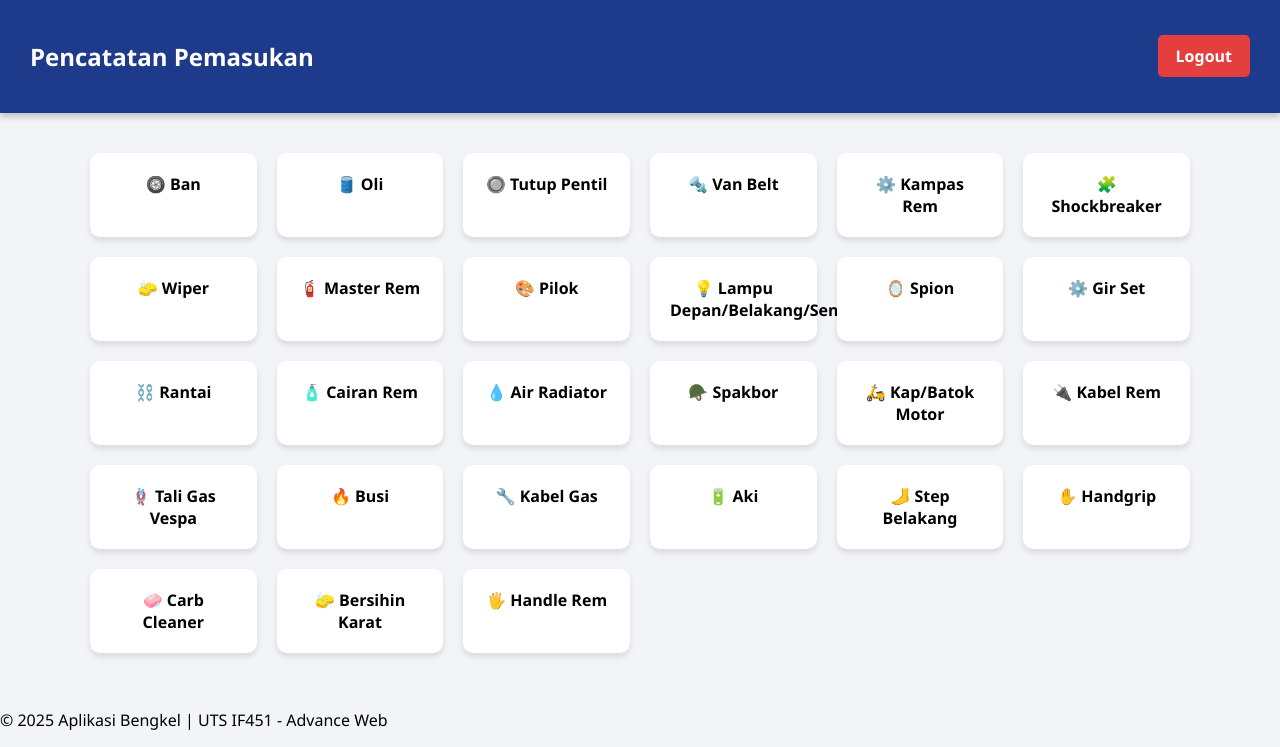
Repository: eligrahphilip/bengkel_managemen
Page: views/admin-income.ejs
The author's editor kept a copy of each file at every save. The page is drawn from the files as they stood at one save, then again after the next save.
The browser window is 1280 px wide. The pictures show the whole page.
The page is served by the project's Node server (server.js). The template is opened directly, without the code that normally fills it, so the values that code supplies are empty.

Above is the page before, as saved 2025-10-10 20:54:48.

### views/admin-income.ejs
<!DOCTYPE html>
<html lang="id">
<head>
  <meta charset="UTF-8">
  <meta name="viewport" content="width=device-width, initial-scale=1.0">
  <title>Pencatatan Pemasukan</title>
  <link rel="stylesheet" href="/css/admin/admin-income.css">
</head>
<body>

  <header>
    <h2>Pencatatan Pemasukan</h2>
    <a href="/logout" class="logout-btn">Logout</a>
  </header>

  <main>
    <div class="grid-container" id="barangGrid">
      <!-- Semua daftar barang -->
      <div class="card" data-barang="Ban">🛞 Ban</div>
      <div class="card" data-barang="Oli">🛢️ Oli</div>
      <div class="card" data-barang="Tutup Pentil">🔘 Tutup Pentil</div>
      <div class="card" data-barang="Van Belt">🔩 Van Belt</div>
      <div class="card" data-barang="Kampas Rem">⚙️ Kampas Rem</div>
      <div class="card" data-barang="Shockbreaker">🧩 Shockbreaker</div>
      <div class="card" data-barang="Wiper">🧽 Wiper</div>
      <div class="card" data-barang="Master Rem">🧯 Master Rem</div>
      <div class="card" data-barang="Pilok">🎨 Pilok</div>
      <div class="card" data-barang="Lampu">💡 Lampu Depan/Belakang/Sen</div>
      <div class="card" data-barang="Spion">🪞 Spion</div>
      <div class="card" data-barang="Gir Set">⚙️ Gir Set</div>
      <div class="card" data-barang="Rantai">⛓️ Rantai</div>
      <div class="card" data-barang="Cairan Rem">🧴 Cairan Rem</div>
      <div class="card" data-barang="Air Radiator">💧 Air Radiator</div>
      <div class="card" data-barang="Spakbor">🪖 Spakbor</div>
      <div class="card" data-barang="Kap Motor">🛵 Kap/Batok Motor</div>
      <div class="card" data-barang="Kabel Rem">🔌 Kabel Rem</div>
      <div class="card" data-barang="Tali Gas Vespa">🪢 Tali Gas Vespa</div>
      <div class="card" data-barang="Busi">🔥 Busi</div>
      <div class="card" data-barang="Kabel Gas">🔧 Kabel Gas</div>
      <div class="card" data-barang="Aki">🔋 Aki</div>
      <div class="card" data-barang="Step Belakang">🦶 Step Belakang</div>
      <div class="card" data-barang="Handgrip">✋ Handgrip</div>
      <div class="card" data-barang="Carb Cleaner">🧼 Carb Cleaner</div>
      <div class="card" data-barang="Bersihin Karat">🧽 Bersihin Karat</div>
      <div class="card" data-barang="Handle Rem">🖐️ Handle Rem</div>
    </div>
  </main>

  <!-- Modal -->
  <div id="formModal" class="modal">
    <div class="modal-content">
      <span class="close" id="closeModal">&times;</span>
      <h3 id="modalTitle">Tambah Transaksi</h3>
      <form method="POST" action="/admin/add" id="transaksiForm">
        <input type="hidden" name="jenis" value="income">
        <input type="hidden" name="barang" id="barangInput">

        <label>Tanggal:</label>
        <input type="date" name="tanggal" required>

        <div id="detailFields"></div>

        <label>Jumlah Barang:</label>
        <input type="number" name="jumlah_barang" required>

        <label>Total Harga (Rp):</label>
        <input type="number" name="jumlah" required>

        <button type="submit">Simpan</button>
      </form>
    </div>
  </div>

  <footer>
    <p>© 2025 Aplikasi Bengkel | UTS IF451 - Advance Web</p>
  </footer>

  <script src="/js/admin/admin-income.js"></script>
</body>
</html>

### server.js
const express = require("express");
const path = require("path");
const fs = require("fs");
const bodyParser = require("body-parser");
const session = require("express-session");

const app = express();
const PORT = 3000;

// Middleware
app.use(bodyParser.urlencoded({ extended: true }));
app.use(express.static("public"));
app.use(
  session({
    secret: "bengkel-secret",
    resave: false,
    saveUninitialized: true,
  })
);

// Set EJS
app.set("view engine", "ejs");
app.set("views", path.join(__dirname, "views"));

// File data
const usersPath = path.join(__dirname, "data", "users.json");
const transPath = path.join(__dirname, "data", "transactions.json");

// === ROUTES ===

// Login
app.get("/", (req, res) => {
  res.render("login", { error: null });
});

// Proses login
app.post("/login", (req, res) => {
  const { username, password } = req.body;
  const users = JSON.parse(fs.readFileSync(usersPath));
  const user = users.find(
    (u) => u.username === username && u.password === password
  );

  if (!user) return res.render("login", { error: "Username atau password salah!" });

  req.session.user = user;
  if (user.role === "admin") return res.redirect("/admin/menu");
  else return res.redirect("/user");
});

// Logout
app.get("/logout", (req, res) => {
  req.session.destroy();
  res.redirect("/");
});

// === ADMIN ===

// Menu utama admin
app.get("/admin/menu", (req, res) => {
  if (!req.session.user || req.session.user.role !== "admin")
    return res.redirect("/");
  res.render("admin-menu", { user: req.session.user });
});

// Pencatatan Pemasukan
app.get("/admin/income", (req, res) => {
  if (!req.session.user || req.session.user.role !== "admin")
    return res.redirect("/");
  res.render("admin-income", { user: req.session.user });
});

// Pencatatan Pengeluaran
app.get("/admin/expense", (req, res) => {
  if (!req.session.user || req.session.user.role !== "admin")
    return res.redirect("/");
  res.render("admin-expense", { user: req.session.user });
});

// Tambah transaksi
app.post("/admin/add", (req, res) => {
  const { tanggal, keterangan, jumlah, jenis } = req.body;
  const transactions = JSON.parse(fs.readFileSync(transPath));

  const newTrans = {
    id: Date.now(),
    tanggal,
    keterangan,
    jumlah: parseFloat(jumlah),
    jenis, // income / expense
  };

  transactions.push(newTrans);
  fs.writeFileSync(transPath, JSON.stringify(transactions, null, 2));

  res.redirect("/admin/history");
});

// Riwayat transaksi
app.get("/admin/history", (req, res) => {
  if (!req.session.user || req.session.user.role !== "admin")
    return res.redirect("/");
  const transactions = JSON.parse(fs.readFileSync(transPath));
  res.render("admin-history", { user: req.session.user, transactions });
});

// Laporan Keuangan
app.get("/report", (req, res) => {
  if (!req.session.user || req.session.user.role !== "admin")
    return res.redirect("/");

  const transactions = JSON.parse(fs.readFileSync(transPath));

  const totalIncome = transactions
    .filter((t) => t.jenis === "income")
    .reduce((sum, t) => sum + t.jumlah, 0);

  const totalExpense = transactions
    .filter((t) => t.jenis === "expense")
    .reduce((sum, t) => sum + t.jumlah, 0);

  const saldo = totalIncome - totalExpense;

  res.render("report", {
    user: req.session.user,
    transactions,
    totalIncome,
    totalExpense,
    saldo,
  });
});

// === USER ===
app.get("/user", (req, res) => {
  if (!req.session.user || req.session.user.role !== "user")
    return res.redirect("/");
  res.render("user-catalog", { user: req.session.user });
});

app.listen(PORT, () =>
  console.log(`Server running on http://localhost:${PORT}`)
);

### public/css/admin/admin-income.css
body {
  font-family: "Segoe UI", Tahoma, Geneva, Verdana, sans-serif;
  background-color: #f2f4f7;
  margin: 0;
}

header {
  background-color: #1E3A8A;
  color: white;
  padding: 20px 30px;
  display: flex;
  justify-content: space-between;
  align-items: center;
  box-shadow: 0 4px 6px rgba(0, 0, 0, 0.2);
}

.logout-btn {
  background-color: #e53e3e;
  color: white;
  padding: 10px 18px;
  border-radius: 5px;
  text-decoration: none;
  font-weight: bold;
  transition: 0.3s;
}

.logout-btn:hover {
  background-color: #c53030;
}

.grid-container {
  display: grid;
  grid-template-columns: repeat(auto-fit, minmax(150px, 1fr));
  gap: 20px;
  padding: 40px;
  max-width: 1100px;
  margin: 0 auto;
}

.card {
  background: white;
  border-radius: 10px;
  padding: 20px;
  text-align: center;
  box-shadow: 0 4px 6px rgba(0, 0, 0, 0.1);
  transition: all 0.3s ease;
  cursor: pointer;
  font-weight: bold;
}

.card:hover {
  transform: translateY(-5px);
  background-color: #f0f4ff;
  box-shadow: 0 8px 12px rgba(0, 0, 0, 0.15);
}

/* Modal */
.modal {
  display: none;
  position: fixed;
  top: 0; left: 0;
  width: 100%;
  height: 100%;
  background: rgba(0,0,0,0.6);
  justify-content: center;
  align-items: center;
}

.modal-content {
  background: white;
  padding: 30px;
  border-radius: 10px;
  width: 90%;
  max-width: 400px;
  box-shadow: 0 4px 10px rgba(0,0,0,0.3);
}

label {
  font-weight: bold;
  display: block;
  margin-top: 10px;
}

input, select {
  width: 100%;
  padding: 8px;
  margin-top: 5px;
  border: 1px solid #ccc;
  border-radius: 5px;
}

button {
  margin-top: 15px;
  padding: 10px 15px;
  background-color: #1E3A8A;
  color: white;
  border: none;
  border-radius: 5px;
  cursor: pointer;
  font-weight: bold;
}

button:hover {
  background-color: #2b4ae0;
}

.close {
  float: right;
  font-size: 18px;
  color: #555;
  cursor: pointer;
}

### public/js/admin/admin-income.js
const cards = document.querySelectorAll(".card");
const modal = document.getElementById("formModal");
const closeModal = document.getElementById("closeModal");
const modalTitle = document.getElementById("modalTitle");
const barangInput = document.getElementById("barangInput");
const detailFields = document.getElementById("detailFields");

cards.forEach(card => {
  card.addEventListener("click", () => {
    const barang = card.dataset.barang;
    barangInput.value = barang;
    modalTitle.textContent = "Tambah " + barang;
    detailFields.innerHTML = "";

    if (barang === "Oli") {
      detailFields.innerHTML = `
        <label>Merek:</label>
        <select name="merek_oli" required>
          <option value="">-- Pilih Merek --</option>
          <option value="Castrol">Castrol</option>
          <option value="Shell">Shell</option>
          <option value="Federal">Federal</option>
          <option value="Yamalube">Yamalube</option>
        </select>

        <label>Tipe:</label>
        <select name="tipe_oli" required>
          <option value="">-- Pilih Tipe --</option>
          <option value="AT">AT</option>
          <option value="Sport">Sport</option>
          <option value="Racing">Racing</option>
        </select>

        <label>Ukuran (Liter):</label>
        <select name="ukuran_oli" required>
          <option value="">-- Pilih Ukuran --</option>
          <option value="0.8">0.8L</option>
          <option value="1">1L</option>
          <option value="2">2L</option>
        </select>
      `;
    }

    modal.style.display = "flex";
  });
});

closeModal.addEventListener("click", () => modal.style.display = "none");
window.addEventListener("click", e => { if (e.target === modal) modal.style.display = "none"; });

After the next save:
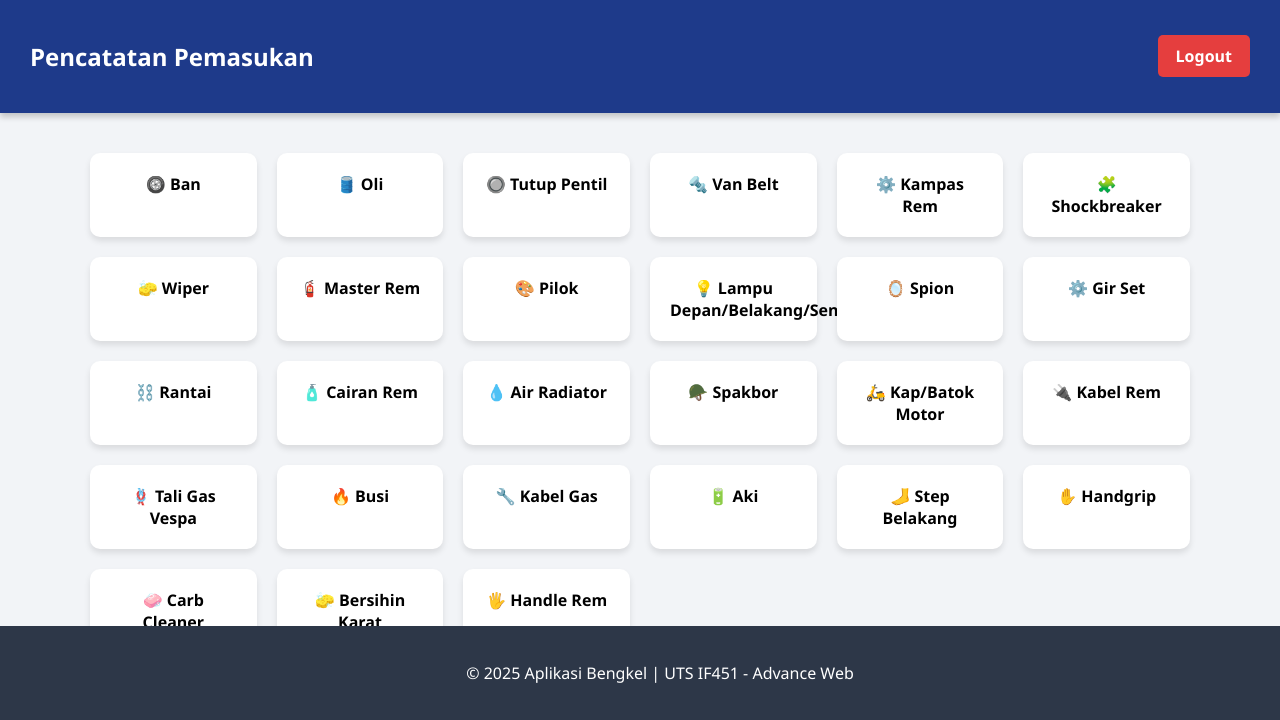
Saved 9 min 42 s later.
--- a/public/css/admin/admin-income.css
+++ b/public/css/admin/admin-income.css
@@ -110,3 +110,13 @@ button:hover {
   color: #555;
   cursor: pointer;
 }
+
+footer {
+  text-align: center;
+  padding: 20px;
+  background-color: #2d3748;
+  color: white;
+  position: fixed;
+  bottom: 0;
+  width: 100%;
+}
